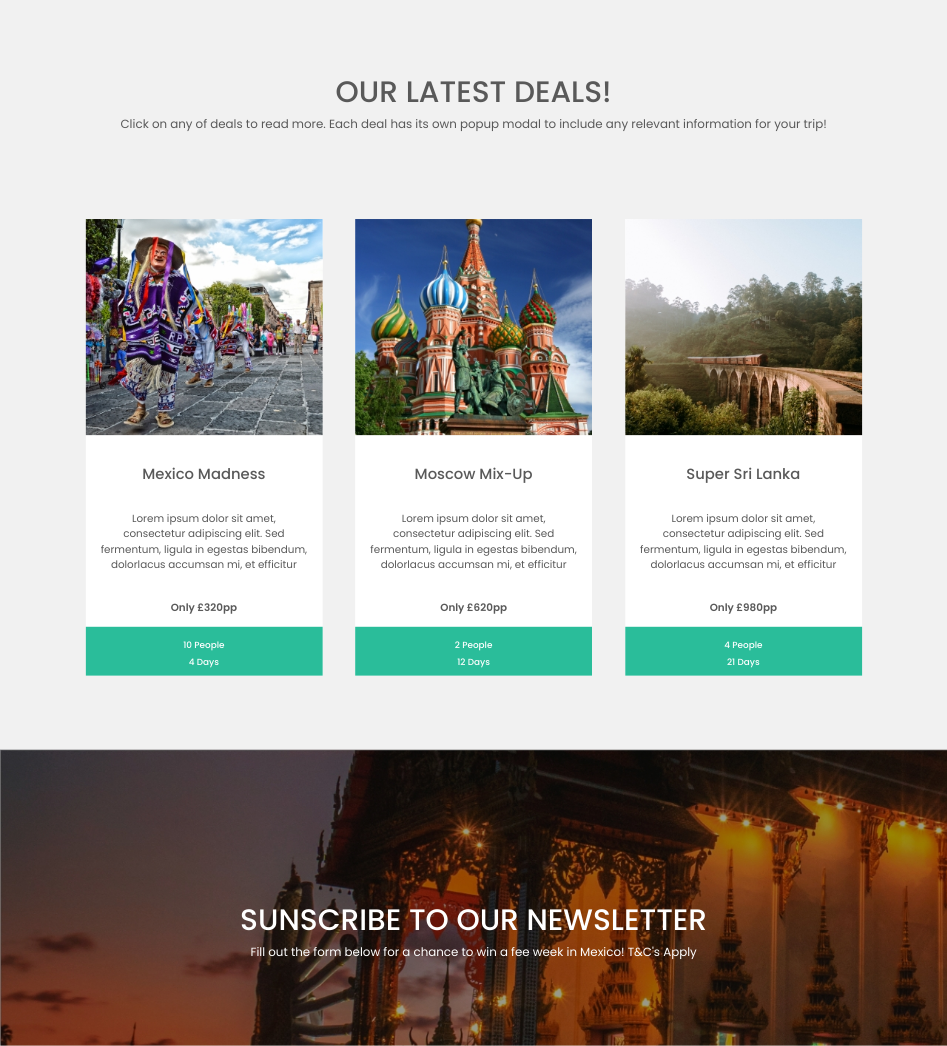
Repository: cobyfoster99/Interactive-frontend-project
Page: index.html
The author's editor kept a record of every edit. The page is drawn from the files as they stood at one moment, then again after the next edit.
The browser window is 1280 px wide. The pictures show the whole page, at 74% of full size.

Above is the page before.
Console error (its wording comes from the project's code and is left out).

### index.html
<!DOCTYPE html>
<html lang="en">

<head>
    <meta charset="UTF-8">
    <meta name="viewport" content="width=device-width, initial-scale=1.0">
    <meta http-equiv="X-UA-Compatible" content="ie=edge">

    <link rel="stylesheet" href="assets/css/style.css" type="text/css" />
    <script type="text/javascript" src="assets/js/foundation.js"></script>
    <link rel="stylesheet" href="https://stackpath.bootstrapcdn.com/bootstrap/4.4.1/css/bootstrap.min.css" type="text/css" />
    <script type="text/javascript" src="https://stackpath.bootstrapcdn.com/bootstrap/4.4.1/js/bootstrap.min.js"></script>

    <title>Simple Design Works | Travel</title>

</head>

<body>

    <!-------- Deals Box Section -------->

    <div class="contain grey-background">
        <div class="h1-section no-gutters">
            <h1>OUR LATEST DEALS!</h1>
            <P>Click on any of deals to read more. Each deal has its own popup modal to include any relevant information for your trip!</P>
        </div>

    </div>

    <div class="contain grey-background deals-section">
        <div class="deals-box-section no-gutters">
            <div class="deals-box">
                <img src="assets/media-library/mexico.jpg" class="deals-image" />
                <h5 class="deals-box-h1">Mexico Madness</h5>
                <p class="deals-box-p">Lorem ipsum dolor sit amet, consectetur adipiscing elit. Sed fermentum, ligula in egestas bibendum, dolorlacus accumsan mi, et efficitur</p>
                <p class="deals-box-price">Only £320pp</p>
                <div class="price-box turqoise-bg">
                    <p class="deals-box-bottom-p">10 People</p>
                    <p class="deals-box-bottom-p">4 Days</p>
                </div>
            </div>
        </div>

        <div class="deals-box-section no-gutters">
            <div class="deals-box">
                <img src="assets/media-library/moscow.jpg" class="deals-image" />
                <h5 class="deals-box-h1">Moscow Mix-Up</h5>
                <p class="deals-box-p">Lorem ipsum dolor sit amet, consectetur adipiscing elit. Sed fermentum, ligula in egestas bibendum, dolorlacus accumsan mi, et efficitur</p>
                <p class="deals-box-price">Only £620pp</p>
                <div class="price-box turqoise-bg">
                    <p class="deals-box-bottom-p">2 People</p>
                    <p class="deals-box-bottom-p">12 Days</p>
                </div>
            </div>
        </div>

        <div class="deals-box-section no-gutters">
            <div class="deals-box">
                <img src="assets/media-library/sri-lanka.jpg" class="deals-image" />
                <h5 class="deals-box-h1">Super Sri Lanka</h5>
                <p class="deals-box-p">Lorem ipsum dolor sit amet, consectetur adipiscing elit. Sed fermentum, ligula in egestas bibendum, dolorlacus accumsan mi, et efficitur</p>
                <p class="deals-box-price">Only £980pp</p>
                <div class="price-box turqoise-bg">
                    <p class="deals-box-bottom-p">4 People</p>
                    <p class="deals-box-bottom-p">21 Days</p>
                </div>
            </div>
        </div>

    </div>

    <!-------- Subscribe to our Newsletter -------->

    <div class="contain">
        <div class="image-background-newsletter">
            <div class="h1-section"></div>
            <h1 class="newsletter-h1">SUNSCRIBE TO OUR NEWSLETTER</h1>
            <p class="newsletter-p">Fill out the form below for a chance to win a fee week in Mexico! T&C's Apply</p>
            <div class="newsletter-signup"></div>
        </div>
    </div>
    </div>

</body>

</html>

### assets/css/style.css
@import url('https://fonts.googleapis.com/css?family=Poppins:400,500,600,700&display=swap');

/* Background Colors */

.grey-background {
    background-color: #f1f1f1;
}

.turqoise-bg {
    background-color: #2abd9a;
}

/* Text */

h1,
h2,
h3,
h4,
h5,
h6,
span,
p {
    font-family: "poppins", arial;
    color: #595959;
    text-align: center;
}

h3 {
    font-size: 18px;
    font-weight: 600;
}

.contain {
    max-width: 1920px;
    margin: auto;
    text-align: center;
}

.h1-section {
    display: inline-block;
    padding-top: 100px;
    padding-bottom: 100px;
    max-width: 1200px;
}



.deals-box-section {
    display: inline-block;
    max-width: 1200px;

}

.deals-box {
    background-color: white;
    width: 320px;
    margin-right: 20px;
    margin-left: 20px;
}

.deals-image {
    padding-bottom: 20px;
}

.deals-box-h1 {
    font-size: 20px;
    padding-bottom: 10px;
    padding-top: 20px;
}

.deals-box-p {
    font-size: 14px;
    padding: 20px;
}

.deals-box-price {
    font-size: 14px;
    font-weight: 600
}

.deals-box-bottom-p {
    color: white;
    font-size: 12px;
    font-weight: 500;
    padding-top: 5px;
    margin-bottom: 0px;
}

.price-box {
    padding-top: 10px;
    padding-bottom: 10px;
}

.deals-section {
    padding-bottom: 100px;
}
.image-background-newsletter {
    background-image: url("../media-library/newsletter-background.jpg");
    max-height: 400px;
    padding-bottom: 100px;
}

.newsletter-h1,
.newsletter-p {
    color: white;
}

Loaded but not shown: assets/js/foundation.js (no copy from this time; the picture is the same without it)

After the next edit:
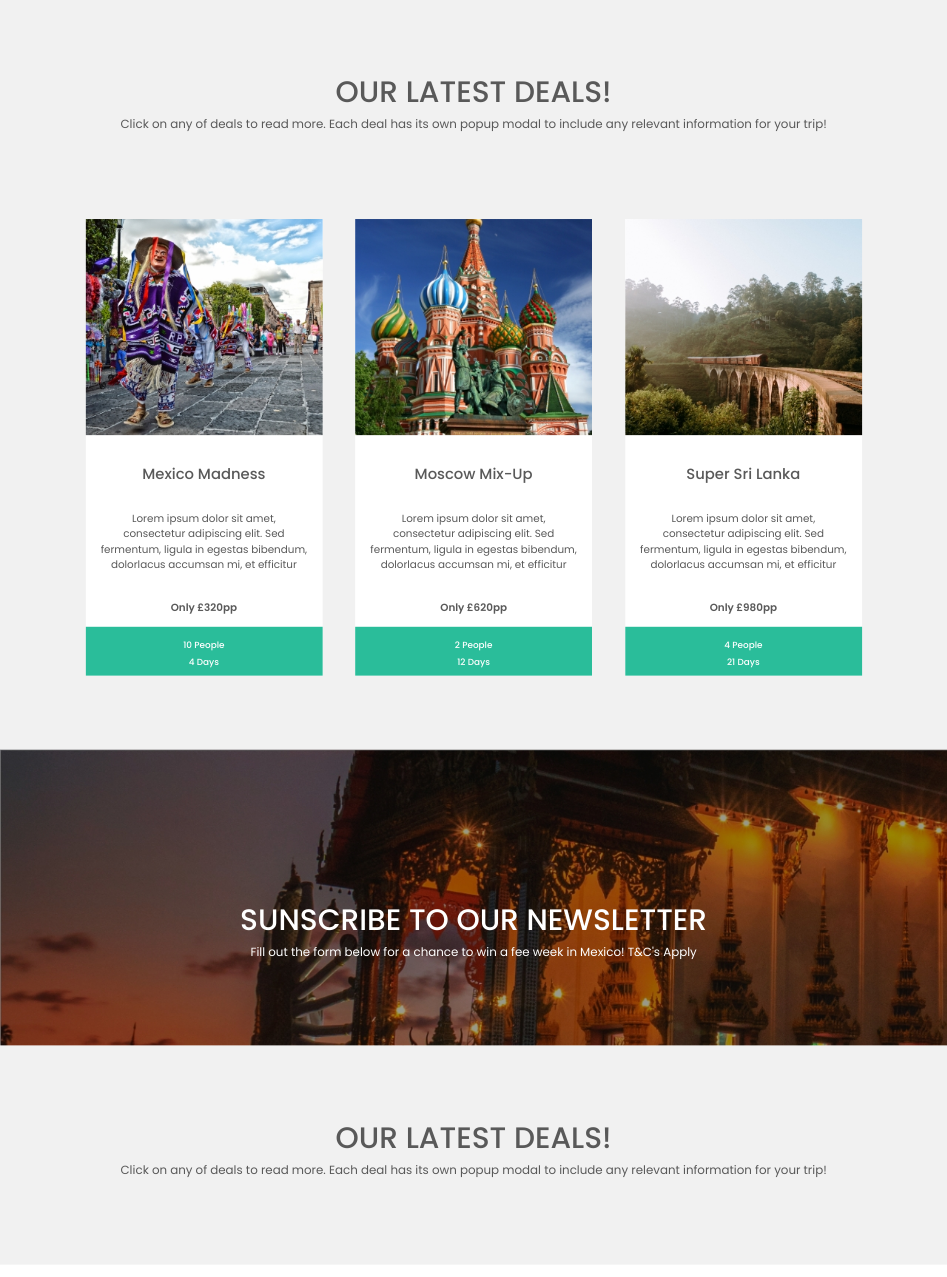
The edit:
--- a/index.html
+++ b/index.html
@@ -79,6 +79,21 @@
             <div class="newsletter-signup"></div>
         </div>
     </div>
+
+    <div class="contain grey-background">
+        <div class="h1-section no-gutters">
+            <h1>OUR LATEST DEALS!</h1>
+            <P>Click on any of deals to read more. Each deal has its own popup modal to include any relevant information for your trip!</P>
+        </div>
+    </div>
+    <div class="contain grey-background">
+        <div class="reviews-section">
+            <div class="reviews-box">
+                <p></p>
+                <h3></h3>
+                <h4></h4>
+            </div>
+        </div>
     </div>
 
 </body>
